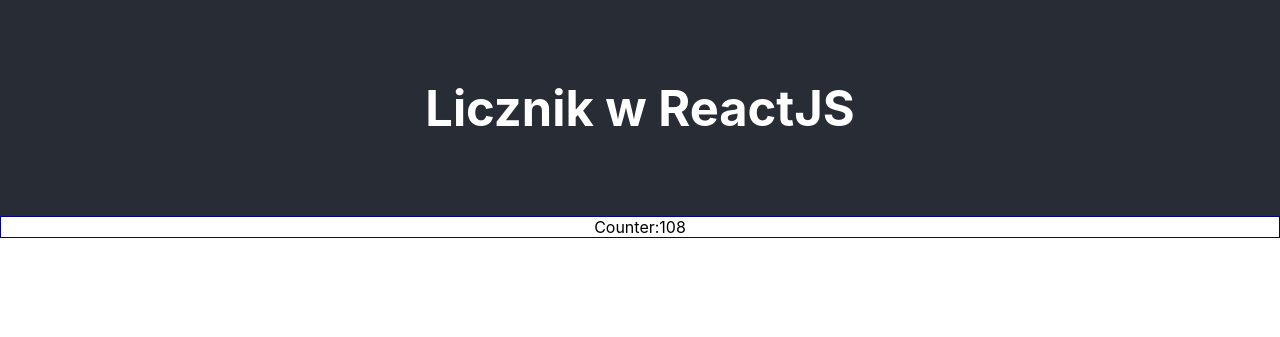
Repository: magdaf41/react-counter-app
Page: /
The author's editor kept a copy of each file at every save. The page is drawn from the files as they stood at one save, then again after the next save.
The browser window is 1280 px wide. The pictures show the whole page.
The project was rebuilt for these pictures with package versions that can differ from the ones it lists, and the page was loaded fresh each time.

Above is the page before, as saved 2020-10-04 11:19:05.

After the next save:
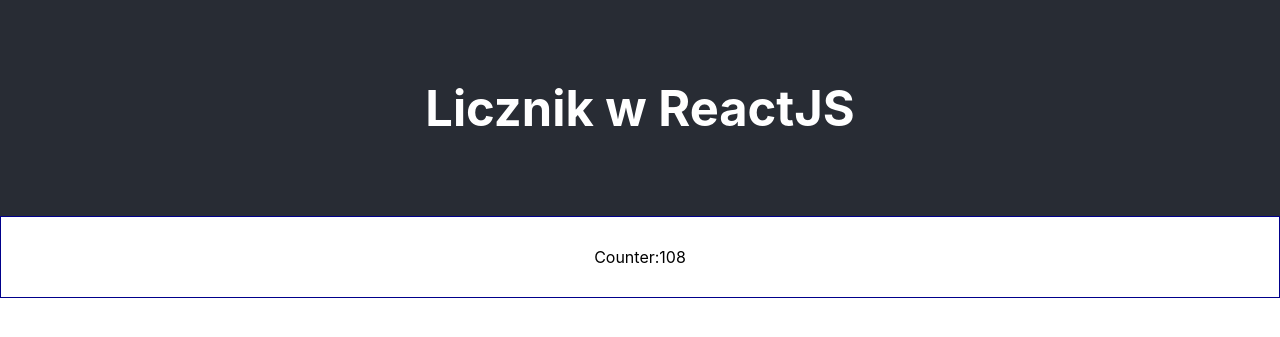
Saved 10 s later.
--- a/src/Counter.css
+++ b/src/Counter.css
@@ -1,3 +1,4 @@
 .counter {
     border: 1px solid darkblue;
+    padding: 30px;
 }
